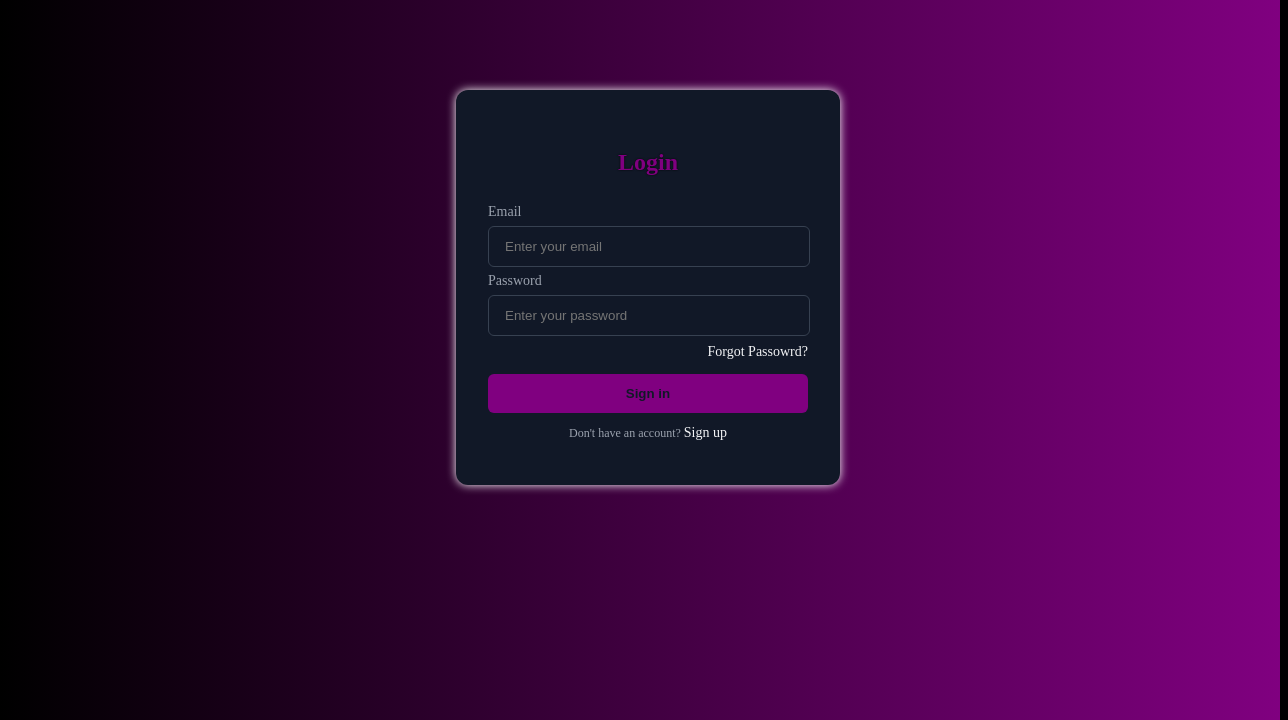
Repository: PeruriNaresh/Bank_Project
Page: http://localhost/bank_project/
These files come from the project's save history. The page is drawn as it stood at one moment and after the next save; the edit follows.
The browser window is 1280 px wide. The page is 1288 px wide, so the pictures cover 1288 px, including what lies to the right of the window. The pictures show the whole page.
The page is served by Tomcat 9.

Above is the page before, as saved 2024-10-25 03:10:03.

After the next save:
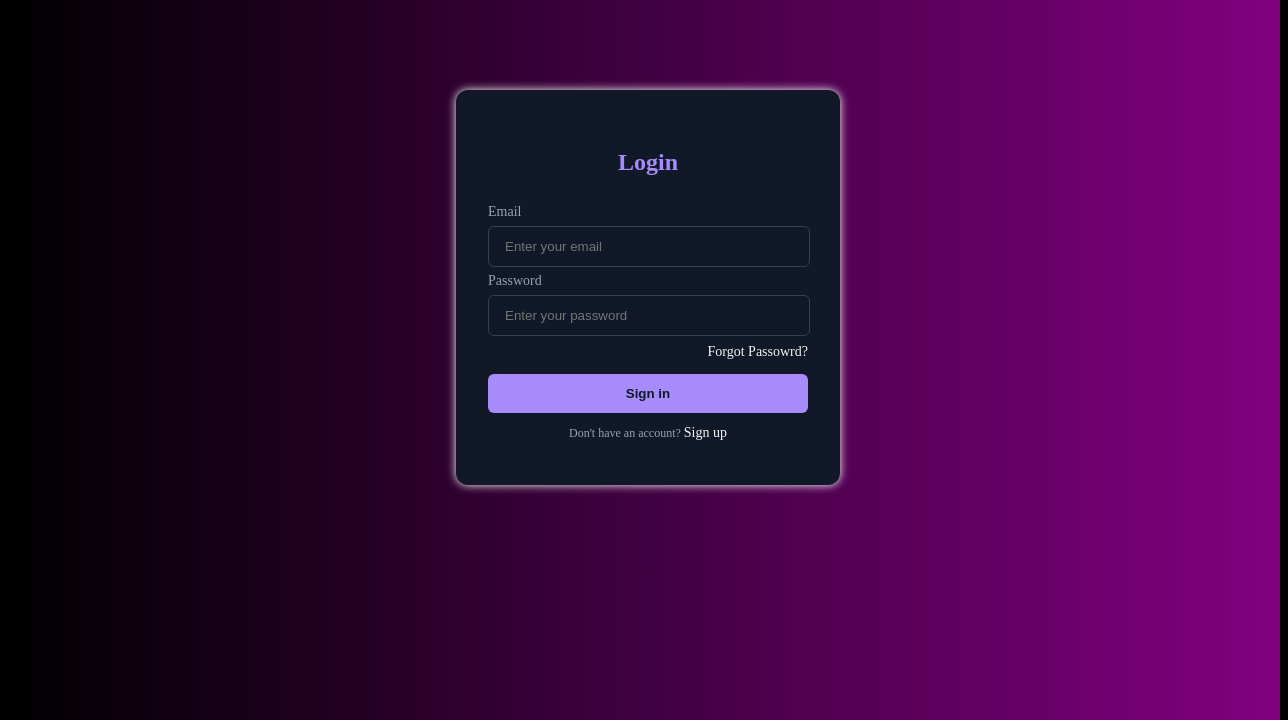
Saved 55 min 18 s later.
--- a/bank_project/src/main/webapp/index.jsp
+++ b/bank_project/src/main/webapp/index.jsp
@@ -24,11 +24,10 @@
 
         .title {
         text-align: center;
-        color:purple;
+        color:  rgba(167, 139, 250, 1);
         font-size: 1.5rem;
         line-height: 2rem;
         font-weight: 700;
-        text-shadow:0px 0px 2px black;
         }
 
         .form {
@@ -83,7 +82,7 @@
         .sign {
         display: block;
         width: 100%;
-        background-color: purple;
+        background-color: rgba(167, 139, 250, 1);
         padding: 0.75rem;
         text-align: center;
         color: rgba(17, 24, 39, 1);
